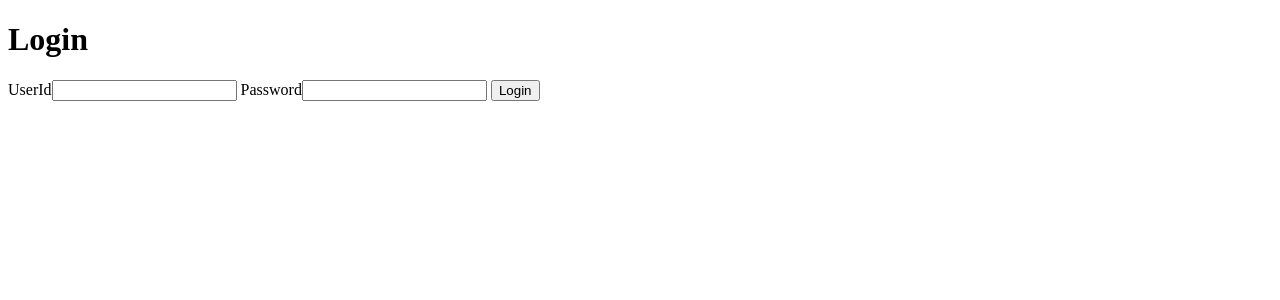
Repository: Strangeryoga/JSHS
Page: Servlet2/login-page/src/main/webapp/login.html
These files come from the project's save history. The page is drawn as it stood at one moment and after the next save; the edit follows.
The browser window is 1280 px wide. The pictures show the whole page.

Above is the page before, as saved 2023-08-09 19:30:18.

After the next save:
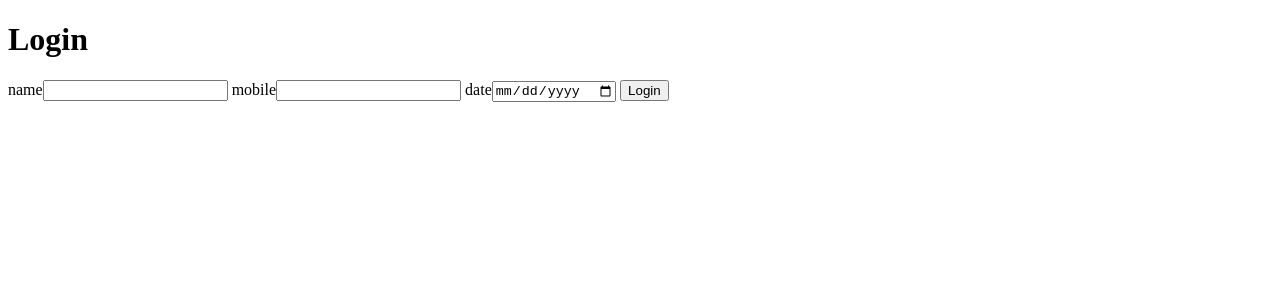
Saved 3 min 24 s later.
--- a/Servlet2/login-page/src/main/webapp/login.html
+++ b/Servlet2/login-page/src/main/webapp/login.html
@@ -8,8 +8,9 @@
 
 <h1>Login</h1>
 <form action="LoginServlet" method="post">
-UserId<input type="text" name="ui">
-Password<input type="password" name="ps">
+name<input type="text" name="ui">
+mobile<input type="text" name="ps">
+date<input type="date" name="dt">
 <button type="submit">Login</button>
 </form>
 </body>
